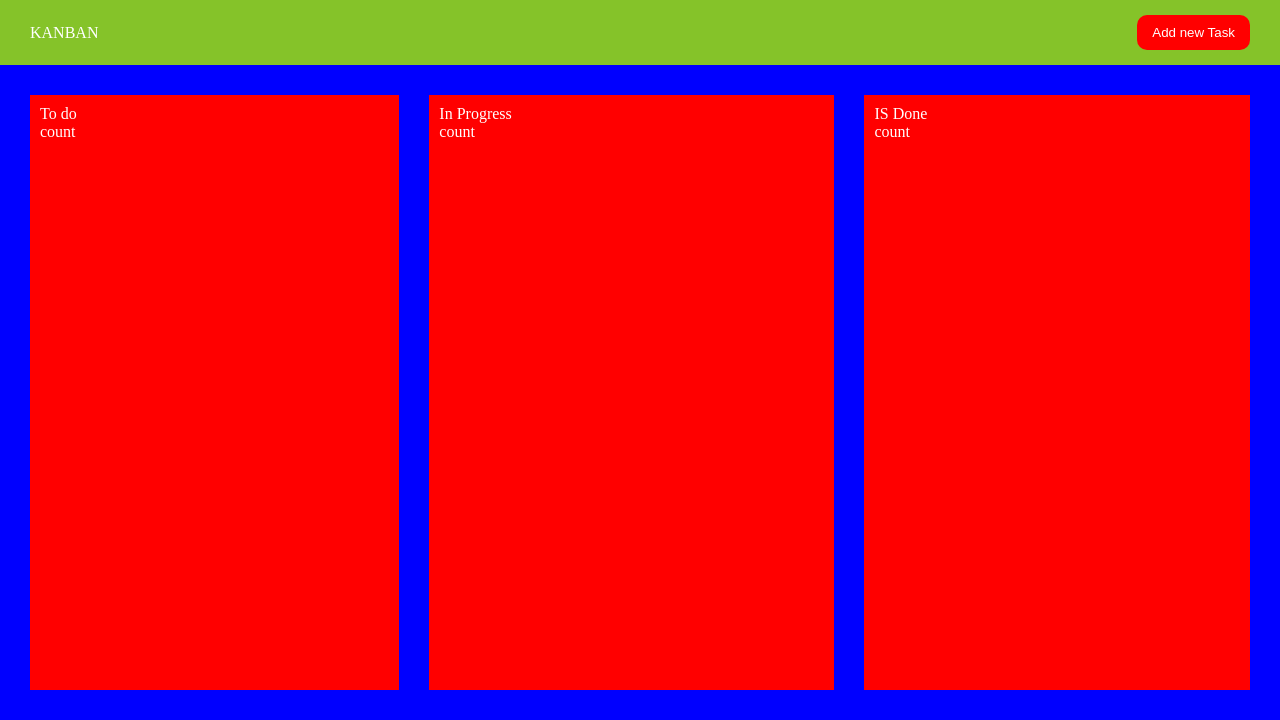
Repository: Sandeepji-5/Kanban-board
Page: index.html
These files come from the project's save history. The page is drawn as it stood at one moment and after the next save; the edit follows.
The browser window is 1280 px wide. The pictures show the whole page.

Above is the page before, as saved 2025-12-08 18:26:00.

### index.html
<!DOCTYPE html>
<html lang="en">
<head>
    <meta charset="UTF-8">
    <meta name="viewport" content="width=device-width, initial-scale=1.0">
    <title>Document</title>
    <link rel="stylesheet" href="style.css">
</head>
<body>
    <main>
        <nav>
            <div class="left">KANBAN</div>
            <div class="right"><button>Add new Task</button></div>
        </nav>
        <section class="board">
            <div class="task-column">
                <div class="hweading">
                    <div class="left">To do </div>
                    <div class="right">count</div>
                </div>
            </div>
            <div class="task-column">
                <div class="heading">
                    <div class="left">In Progress</div>
                    <div class="right">count</div>
                </div>
            </div>
            <div class="task-column">
                <div class="heading">
                    <div class="left">IS Done </div>
                    <div class="right"> count</div>
                </div>
            </div>
        </section>


    </main>
    <script src="kanban.js"></script>
</body>
</html>

### style.css
* {
    margin: 0;
    padding: 0;

    box-sizing: border-box;
}

html,
body {
    width: 100%;
    height: 100%;

}

:root {
    --bg-color: #0000000;
    --bg-button-color: red
    --primary-text-color: #f4f4f4;

    /* padding 1 rem 2 rem */
    --nav-padding: 15px 30px;
    --section-padding: 15px 30px;
    --padding-s: 5px;
    --padding-m: 10px;
    --padding-l: 15px;
    --padding-xl: 20px;
    --padding-xxl: 30px;


    /* border radius variable  */



    --border-radius-s:5px;
    --border-radius-m:10px;
    --border-radius-l:15px;
    --border-radius-xl:20px;
    --border-radius-xxl:30px;


}

body {
    background-color: black;
    color: white;
}
main{
    display: flex;
    height: 100%;
    width: 100%;
    flex-direction: column;
    background-color: rgb(133, 195, 41);

}

nav{
    padding: var(--nav-padding);
    display: flex;
    align-items: center;
    justify-content: space-between;

}
nav button{
    background-color: red;
    color: white;
    border: none;
    outline: none;
    padding: var(  --padding-m) var(  --padding-l);
    cursor: pointer;
    border-radius:var(--border-radius-m) ;

}


section{
    padding:var(--section-padding);
    /* height: 100%; */
    display: flex;
    flex-grow: 1;
    justify-content: space-between;
    background-color: blue;
    padding: var(--padding-xxl);
    gap: var(--padding-xxl);

}
section .task-column{
    padding: var(--padding-m);
    background-color: red;
    flex-grow: 1        ;

}

Loaded but not shown: kanban.js (no copy from this time; the picture is the same without it)

After the next save:
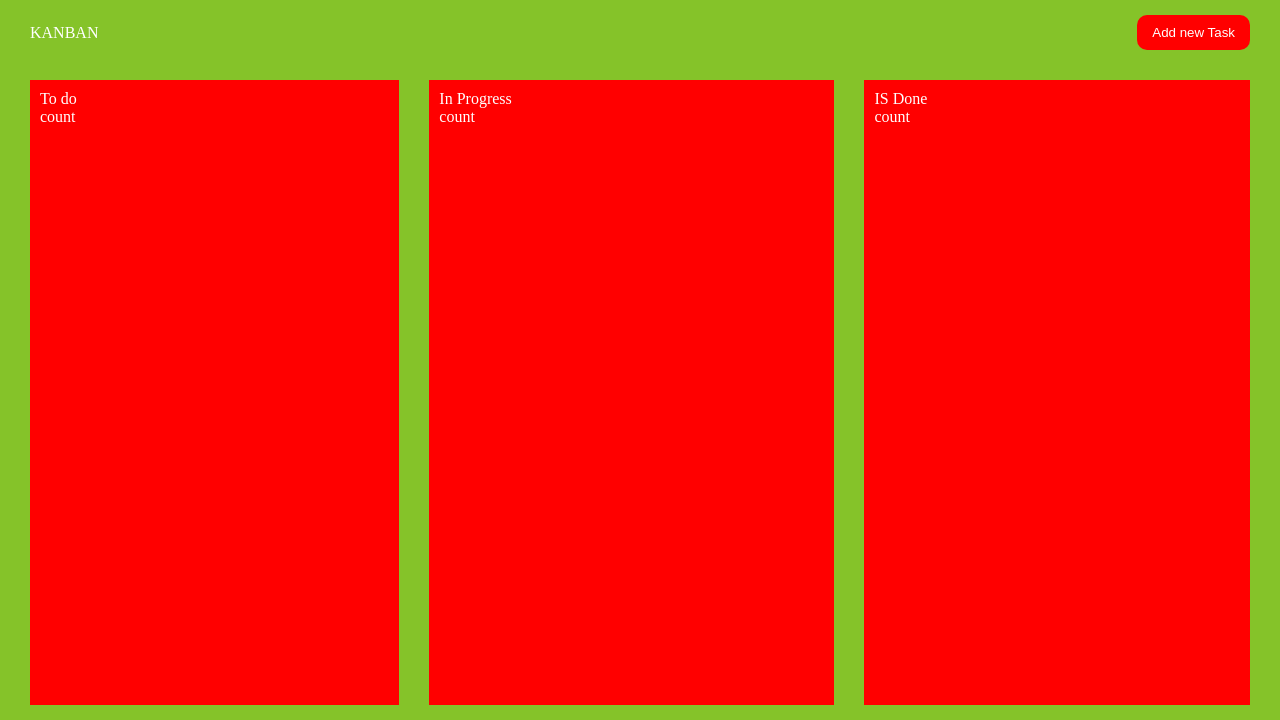
Saved 37 s later.
--- a/style.css
+++ b/style.css
@@ -78,8 +78,7 @@ section{
     display: flex;
     flex-grow: 1;
     justify-content: space-between;
-    background-color: blue;
-    padding: var(--padding-xxl);
+
     gap: var(--padding-xxl);
 
 }
